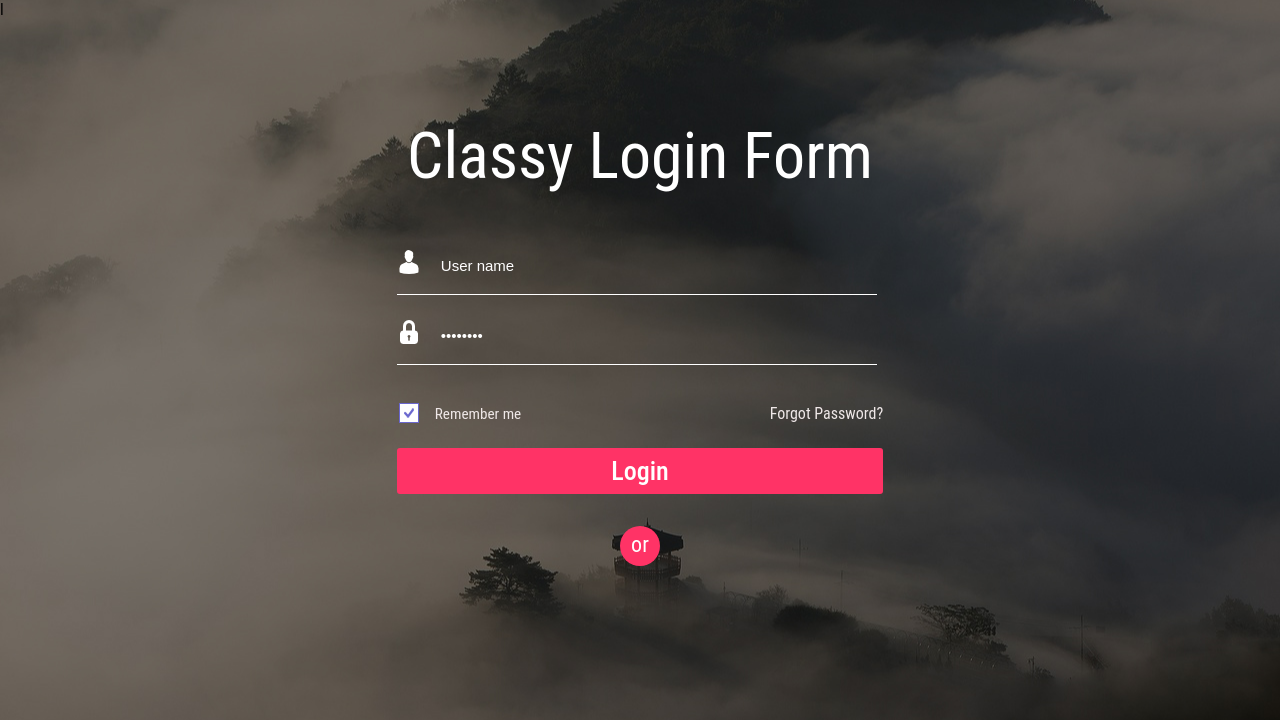
Repository: hosi04/BaiTapWeb
Page: http://localhost/BaiTapWeb_Login/views/login.jsp
These files come from the project's save history. The page is drawn as it stood at one moment and after the next save; the edit follows.
The browser window is 1280 px wide. The pictures show the whole page.
The page is served by Tomcat 9. Other server files are loaded and not shown.

Above is the page before, as saved 2024-09-07 13:55:11.

### BaiTapWeb_Login/src/main/webapp/views/login.jsp
<%@ page language="java" contentType="text/html; charset=UTF-8"
    pageEncoding="UTF-8"%>
<!DOCTYPE html>
<html>
<head>
<meta charset="UTF-8">
<title>Login</title>

<%
String url = request.getScheme() + "://" + request.getServerName() + ":" + request.getServerPort()
			+ request.getContextPath();
%>

<link href="<%=url %>/css/style.css" rel="stylesheet" type="text/css" media="all"/>

</head>
<body>

l<!--header start here-->
<div class="header">
		<div class="header-main">
		       <h1>Classy Login Form</h1>
			<div class="header-bottom">
				<div class="header-right w3agile">

					<div class="header-left-bottom agileinfo">

					 <form action="<%=url %>/Login" method="post">
						<input type="text"  value="User name" name="name" onfocus="this.value = '';" onblur="if (this.value == '') {this.value = 'User name';}"/>
					<input type="password"  value="Password" name="password" onfocus="this.value = '';" onblur="if (this.value == '') {this.value = 'password';}"/>
						<div class="remember">
			             <span class="checkbox1">
							   <label class="checkbox"><input type="checkbox" name="" checked=""><i> </i>Remember me</label>
						 </span>
						 <div class="forgot">
						 	<h6><a href="#">Forgot Password?</a></h6>
						 </div>
						<div class="clear"> </div>
					  </div>

						<input type="submit" value="Login">
					</form>
					<div class="header-left-top">
						<div class="sign-up"> <h2>or</h2> </div>
					</div>
					<form action="#" method="post">

					</form>

				</div>
				</div>

			</div>
		</div>
</div>
<!--header end here-->

</body>
</html>

### BaiTapWeb_Login/src/main/webapp/css/style.css
/*--
Author: W3layouts
Author URL: http://w3layouts.com
License: Creative Commons Attribution 3.0 Unported
License URL: http://creativecommons.org/licenses/by/3.0/
--*/
/* reset */
html,body,div,span,applet,object,iframe,h1,h2,h3,h4,h5,h6,p,blockquote,pre,a,abbr,acronym,address,big,cite,code,del,dfn,em,img,ins,kbd,q,s,samp,small,strike,strong,sub,sup,tt,var,b,u,i,dl,dt,dd,ol,nav ul,nav li,fieldset,form,label,legend,table,caption,tbody,tfoot,thead,tr,th,td,article,aside,canvas,details,embed,figure,figcaption,footer,header,hgroup,menu,nav,output,ruby,section,summary,time,mark,audio,video{margin:0;padding:0;border:0;font-size:100%;font:inherit;vertical-align:baseline;}
article, aside, details, figcaption, figure,footer, header, hgroup, menu, nav, section {display: block;}
ol,ul{list-style:none;margin:0px;padding:0px;}
blockquote,q{quotes:none;}
blockquote:before,blockquote:after,q:before,q:after{content:'';content:none;}
table{border-collapse:collapse;border-spacing:0;}
/* start editing from here */
a{text-decoration:none;}
.txt-rt{text-align:right;}/* text align right */
.txt-lt{text-align:left;}/* text align left */
.txt-center{text-align:center;}/* text align center */
.float-rt{float:right;}/* float right */
.float-lt{float:left;}/* float left */
.clear{clear:both;}/* clear float */
.pos-relative{position:relative;}/* Position Relative */
.pos-absolute{position:absolute;}/* Position Absolute */
.vertical-base{	vertical-align:baseline;}/* vertical align baseline */
.vertical-top{	vertical-align:top;}/* vertical align top */
nav.vertical ul li{	display:block;}/* vertical menu */
nav.horizontal ul li{	display: inline-block;}/* horizontal menu */
img{max-width:100%;}
/*end reset*/
body{
background: url(../images/banner1.jpg)no-repeat;
background-attachment: fixed;
    background-position: center;
    background-size: cover;
    -webkit-background-size: cover;
    -moz-background-size: cover;
    -o-background-size: cover;
padding:0;
margin:0;
font-family: 'Roboto Condensed', sans-serif;
 font-size: 100%;
}
h1,h2,h3,h4,h5,h6{
	margin:0;
}
p{
	margin:0;
}
ul{
	margin:0;
	padding:0;
}
label{
	margin:0;
}
a{
	transition: 0.5s all;
  -webkit-transition: 0.5s all;
  -moz-transition: 0.5s all;
  -o-transition: 0.5s all;
}
a:hover{
	transition: 0.5s all;
  -webkit-transition: 0.5s all;
  -moz-transition: 0.5s all;
  -o-transition: 0.5s all;
}
/*--header start here--*/
.header-main {
  padding: 100px 0px 50px;
    width: 30%;
    margin: 0 auto;
}
.header-main h1 {
    font-size: 64px;
    color: #FFFFFF;
    text-align: center;
    padding-bottom: 0.8em;
}
.sign-up {
    margin: 2em 0;
}
span.hed-white {
  color: #fff;
}
.style1 {
  text-align: right;
  padding: 60px 0px 40px 0px;
}
.header-left {
  background: #fff;
  padding: 0px;
}
.sign-up h2 {
    font-size: 22px;
    color: #fff;
    font-family: 'Roboto Condensed', sans-serif;
    text-align: center;
    background:#ff3366;
    width: 40px;
    height: 40px;
    line-height: 1.7em;
    border-radius: 50%;
    margin: 0 auto;
}
.header-left-bottom {

}
.header-left-bottom h3 {
  font-size: 16px;
  font-weight: 400;
  color:#A59DA1;
  line-height: 1.5em;
  margin: 0px 0px 25px 0px;
  font-family: 'Roboto Condensed', sans-serif;
}
span.login-color {
  color:#FFB900;
  font-weight: 700;
}
.header-left-bottom input[type="text"] {
    background: url(../images/m.png)no-repeat 0px 5px;
    outline: none;
    font-size: 15px;
    font-weight: 400;
    color: #fff;
    padding: 12px 13px 20px 44px;
	border:none;
    border-bottom:1px solid #fff;
    width: 87%;
    margin: 0 0 20px;
    display: inline-block;
}
.header-left-bottom input[type="password"]{
   background: url(../images/l.png)no-repeat 0px 5px;
  outline: none;
  font-size: 15px;
  font-weight: 400;
  color: #fff;
  border:none;
  border-bottom:1px solid #fff;
  padding: 12px 13px 20px 44px;
 width: 87%;
   margin: 0 0 20px;
  display: inline-block;
}
.header-left-bottom input[type="submit"] {
    background: #ff3366;
    color: #FFF;
    font-size: 26px;
    padding: 0.3em 1.2em;
    width: 100%;
    font-weight: 500;
    transition: 0.5s all;
    -webkit-transition: 0.5s all;
    -moz-transition: 0.5s all;
    -o-transition: 0.5s all;
    display: inline-block;
    cursor: pointer;
    outline: none;
    border: none;
    border-radius: 3px;
    font-family: 'Roboto Condensed', sans-serif;
}
.header-left-bottom input[type="submit"]:hover {
    background: #b5183f;
    transition: 0.5s all;
    -webkit-transition: 0.5s all;
    -moz-transition: 0.5s all;
    -o-transition: 0.5s all;
}
.remember {
    margin: 1em 0em;
}
.header-social {
    text-align: center;
}
h5 {
    border-left: 1px dotted #c3c3c3;
    padding: 0.5em;
}
.header-social a.face{
  background:url(../images/fac.png)no-repeat 12px 9px #3B62A3;
  color: #FFF;
  font-size: 16px;
  font-weight: 400;
  padding: 0 2em;
  width: 34%;
  text-align: left;
  margin-right: 4%;
  transition: 0.5s all;
  -webkit-transition: 0.5s all;
  -moz-transition: 0.5s all;
  -o-transition: 0.5s all;
  display: inline-block;
  border-radius:3px;
  font-family: 'Roboto Condensed', sans-serif;
}
.header-social a.face:hover{
	 background:url(../images/fac.png)no-repeat 12px 9px #0E387C;
	 transition: 0.5s all;
  -webkit-transition: 0.5s all;
  -moz-transition: 0.5s all;
  -o-transition: 0.5s all;
}
/*-- agileits --*/
.header-social a.twitt {
  background:url(../images/twitter.png)no-repeat 12px 9px #19B0E7;
  color: #FFF;
  font-size: 16px;
  font-weight: 400;
  padding: 0 2.5em;
  width: 30%;
  text-align: left;
  transition: 0.5s all;
  -webkit-transition: 0.5s all;
  -moz-transition: 0.5s all;
  -o-transition: 0.5s all;
  display: inline-block;
  cursor: pointer;
  outline: none;
	border-radius:3px;
  font-family: 'Roboto Condensed', sans-serif;
}
.header-social a.twitt:hover {
  background: url(../images/twitter.png)no-repeat 12px 9px #0192C7;
   transition: 0.5s all;
  -webkit-transition: 0.5s all;
  -moz-transition: 0.5s all;
  -o-transition: 0.5s all;
}
.header-social h4 {
  font-size: 17px;
  color: #6A67CE;
  text-align: center;
  margin: 20px 0px;
  font-family: 'Roboto Condensed', sans-serif;
}
.header-social h4 a{
	color:#6A67CE;
}
.header-social h4 a:hover{
	color:#FFB900;
}
.header-left-bottom.checkbox {
  position: relative;
  display: block;
  float: left;
}
.header-left-bottom p {
  font-size: 20px;
  /*-- w3layouts --*/
  font-weight: 400;
  color: #000;
  display: inline-block;
  padding: 0px 0px 0px 68px;
}
.header-left-bottom p a{
  font-size: 20px;
  font-weight: 400;
  color: #000;
}
.header-left-bottom p a:hover{
	color:#777;
	text-decoration:none;
}
label.checkbox {
  display: inline-block;
}
span.sin-color {
  color:#FFB900;
  font-size: 16px;
  font-weight: 700;
}
.checkbox i {
  font-size: 20px;
  font-weight: 400;
  color: #999;
  font-style: normal;
}
.header-bottom-strip {
  margin: 60px 0px 0px 0px;
   padding: 40px 20px 30px 40px;
  background: #fff;
   margin:70px 0px 0px 0px;
   position:relative;
}
.header-bottom-strip input[type="text"] {
	outline: none;
	font-size: 17px;
	font-weight: 400;
	color: #000;
	padding: 20px 60px;
	border: 1px solid #39A1E5;
	margin: 0px 0px 15px 0px;
	width: 30%;
	-webkit-appearance: none;
	background:#eeeeee;
}
.strip-left input.user {
/*-- agileits --*/
 background:url(../images/user.png)no-repeat 10px 9px #FBFBFB;
  display: block;
}

.strip-left input[type="password"]{
	outline: none;
	font-size: 17px;
	font-weight: 400;
	color: #000;
	padding:10px 10px 10px 40px;
	border: 1px solid #A59DA1;
	margin: 0px 0px 15px 0px;
	width: 78%;
	-webkit-appearance: none;
	background:#eeeeee;
}
.strip-left input.lock {
   background: url(../images/lock.png)no-repeat 10px 10px #FBFBFB;
  display: block;
}
.strip-left {
  float: left;
  width: 31%;
}
.strip-left.middle {
  margin: 0px 20px;
}
.strip-left input[type="text"] {
  outline: none;
  font-size: 15px;
  color: #000;
  padding:10px 10px 10px 40px;
  border: 1px solid #A59DA1;
  width: 78%;
  -webkit-appearance: none;
  font-family: 'Roboto Condensed', sans-serif;
}
.strip-left input[type="submit"] {
  color: #FFF;
  font-size: 18px;
  padding: 0.4em 1.2em;
  width:100%;
  background:#ffb900;
  border-bottom:4px solid #C5920A;
  transition: 0.5s all;
  -webkit-transition: 0.5s all;
  -moz-transition: 0.5s all;
  -o-transition: 0.5s all;
  display: inline-block;
  cursor: pointer;
  outline: none;
  border-right: none;
  border-left: none;
  border-top: none;
  font-family: 'Roboto Condensed', sans-serif;
}
/*-- w3layouts --*/
.strip-left input[type="submit"]:hover {
  background:#6A67CE;
    border-bottom:4px solid #5350CA;
  transition: 0.5s all;
  -webkit-transition: 0.5s all;
  -moz-transition: 0.5s all;
  -o-transition: 0.5s all;
}
.strip-left h4 {
  font-size: 20px;
  font-weight: 600;
  color: #19B0E7;
  margin: 25px 0px 0px 25px;
  display:inline-block;
}
.strip-left ul.botm-strip-icon {
  padding: 0px 0px 0px 50px;
  list-style: none;
  display: inline-block;
  vertical-align: middle;
      float: right;
}
.strip-left ul.botm-strip-icon li {
  display: inline-block;
}
.strip-left ul.botm-strip-icon li a {
  background: url(../images/sprite.png)no-repeat;
  width: 20px;
  height: 25px;
  display: block;
}
.strip-left ul.botm-strip-icon li a.f {
  background-position: 0px 0px;
   transition: 0.5s all;
  -webkit-transition: 0.5s all;
  -moz-transition: 0.5s all;
  -o-transition: 0.5s all;
}
.strip-left ul.botm-strip-icon li a.tw {
  background-position: -21px 2px;
   transition: 0.5s all;
  -webkit-transition: 0.5s all;
  -moz-transition: 0.5s all;
  -o-transition: 0.5s all;
}
.strip-left ul.botm-strip-icon li a.f:hover{
  background-position: 0px -25px;
  transition: 0.5s all;
  -webkit-transition: 0.5s all;
  -moz-transition: 0.5s all;
  -o-transition: 0.5s all;
}
.strip-left ul.botm-strip-icon li a.tw:hover {
  background-position: -21px -25px;
  transition: 0.5s all;
  -webkit-transition: 0.5s all;
  -moz-transition: 0.5s all;
  -o-transition: 0.5s all;
}
.strip-left p {
  font-size: 20px;
  font-weight: 400;
  color: #999;
}
.strip-left p a{
  font-size: 16px;
  font-weight: 400;
  color: #999;
}
.strip-left p a:hover{
  color:#6a67ce;
  text-decoration:none;
  transition: 0.5s all;
  -webkit-transition: 0.5s all;
  -moz-transition: 0.5s all;
  -o-transition: 0.5s all;
}
.tool-tip-main:after {
 content: '';
  position: absolute;
  width: 0;
  height: 0;
  bottom: -20px;
  border-right: 20px solid rgba(0, 0, 0, 0);
  border-bottom: 20px solid #fff;
  border-left: 20px solid rgba(0, 0, 0, 0);
  top: -9%;
  right: 6%;
}
.strip-login {
  background:#6a67ce;
  width: 25%;
  position: absolute;
  top: -41%;
  left: 73.5%;
  padding: 0.8em 0em 0.8em 0.8em;
}
.strip-sign-up h3 {
  font-size: 21px;
  color: #fff;
  margin: 0px;
  font-family: 'Roboto Condensed', sans-serif;
}
.login-close {
    position: absolute;
    right: 10px;
    top: 16px;
    cursor: pointer;
}
.strip-sign-up {
  float: left;
}
.forgot {
    float: right;
}
.forgot h6 {
    font-size: 1em;
    margin-top: 0.2em;
}
.forgot h6 a{
    color:#efe8e8;
}
.forgot h6 a:hover{
    color:#ff3366;
}
.log-user h6 {
    font-size: 1em;
    float: left;
    color:#999;
}
.log-user {
    padding-top: 0.8em;
}
/*--cheek box--*/
.remember-top{
 float:left;
}
.checkbox {
	margin-bottom: 4px;
	font-size: 1.2em;
	line-height: 27px;
	cursor: pointer;
}
.checkbox {
  position: relative;
  font-size: 0.95em;
  font-weight: normal;
  color:#efe8e8;
  padding: 0em 0.5em 0em 2.5em;
}
.checkbox i {
    position: absolute;
    bottom:5px;
    left: 2px;
    display: block;
    width: 18px;
    height: 18px;
    outline: none;
    background: #fff;
    border: 1px solid #6A67CE;
}
.checkbox input + i:after {
	content: '';
	background: url("../images/tick.png") no-repeat 5px 5px;
	top: -1px;
	left: -1px;
	width: 15px;
	height: 15px;
	font: normal 12px/16px FontAwesome;
	text-align: center;
}
.checkbox input + i:after {
	position: absolute;
	opacity: 0;
	transition: opacity 0.1s;
	-o-transition: opacity 0.1s;
	-ms-transition: opacity 0.1s;
	-moz-transition: opacity 0.1s;
	-webkit-transition: opacity 0.1s;
}
.checkbox input {
	position: absolute;
	left: -9999px;
}
.checkbox input:checked + i:after {
	opacity: 1;
}
/*---*/
.clear{
	clear:both;
}

/*--header end here--*/
/*--copyright start here--*/

.copyright {
  padding: 30px 0px;
  text-align: center;
}
.copyright p {
  font-size: 16px;
  font-weight: 400;
  color: #fff;
}
.copyright p a{
  font-size: 16px;
  font-weight: 400;
  color: #fff;
}
.copyright p a:hover{
	color:#ff3366;
	text-decoration:none;
}
/*--footer end here--*/
/*--meadia quries start here--*/

@media(max-width:1440px){
.header-main {
    width: 33%;
}
}
@media(max-width:1366px){
.header-main {
    width: 35%;
}
}
@media(max-width:1280px){
.header-main {
    width: 38%;
}
}
@media(max-width:1024px){
.header-main {
    width: 46%;
}
.header-main h1 {
    font-size: 63px;
}
}
@media(max-width:991px){
.header-main {
    width: 48%;
}
}
@media(max-width:800px){
.header-main {
    width: 60%;
}
}
@media(max-width:768px){
.header-main {
    width: 61%;
}
span.sin-color {
    font-size: 14px;
}
}
@media(max-width:736px){
.header-main {
    width: 65%;
}
}
@media(max-width:667px){
.header-main h1 {
    font-size: 60px;
}
.header-main {
    width: 67%;
}
.strip-left.middle {
    margin: 0px 16px;
}
.header-social a.face {
    margin-right: 2%;
}
.sign-up {
    margin: 1.5em 0;
}
}
@media(max-width:640px){
.header-main h1 {
    padding-bottom: 1.1em;
}
.header-main {
    width: 70%;
}
}
@media(max-width:600px){
.header-social a.twitt {
    width: 28%;
}
.header-social a.face {
    margin-right: 2%;
	width:33%;
}
.header-main h1 {
    font-size: 56px;
}
}
@media(max-width:568px){
.header-main {
    width: 80%;
}
}
@media(max-width:480px){
.header-main {
    padding: 60px 0px 30px;
}
.header-main h1 {
    font-size: 45px;
}
.header-left-bottom input[type="text"] {
    width: 83%;
}
.header-left-bottom input[type="password"] {
    width: 83%;
}
.header-main {
    width: 73%;
}
.header-social a.twitt {
    width: 24%;
}
.header-social a.face {
    width: 30%;
}
.header-left-bottom input[type="submit"] {
    font-size: 22px;
}
}
@media(max-width:414px){
.header-left-bottom input[type="text"] {
    width: 80%;
}
.header-left-bottom input[type="password"] {
    width: 80%;
}
.header-main {
    width: 75%;
}
.header-social a.twitt {
    width: 21%;
}
.header-social a.face {
    width: 27%;
}
.sign-up {
    margin: 1em 0;
}
.header-left-bottom input[type="submit"] {
    font-size: 20px;
}
.sign-up h2 {
    font-size: 18px;
    width: 36px;
    height: 36px;
    line-height: 1.9em;
}
.header-main {
    padding: 60px 0px 12px;
}
.copyright p a {
    line-height: 1.8em;
}
.header-main h1 {
    font-size: 42px;
}
}
@media(max-width:384px){
.header-main h1 {
    font-size: 38px;
}
.header-social a.face {
    width: 25%;
}
.header-social a.twitt {
    width: 19%;
}
}
@media(max-width:375px){
.header-main {
    width: 78%;
}
.copyright {
    padding: 19px 13px;
    text-align: center;
}
}
@media(max-width:320px){
.header-main {
    width: 85%;
}
.header-main {
    padding: 25px 0px 15px 0px;
}
.header-left-bottom input[type="text"] {
    padding: 12px 13px 15px 44px;
    width: 77%;
}
.header-left-bottom input[type="password"] {
    padding: 12px 13px 15px 44px;
    width: 77%;
}
.header-main h1 {
    font-size: 36px;
}
.header-social a.face {
    width: 23%;
}
.header-social a.twitt {
    width: 17%;
}
.header-left-bottom input[type="submit"] {
    font-size: 19px;
}
.checkbox {
    font-size: 0.8em;
}
.forgot h6 {
    font-size: 0.9em;
}
.header-left-bottom h3 {
    font-size: 12px;
}
.copyright p {
    font-size: 15px;
}
.header-main h1 {
    padding-bottom: 1em;
}
.remember {
    margin: 0.5em 0em;
}
.copyright {
    padding: 10px 6px 0;
}
.header-left-bottom input[type="password"] {
    margin: 0 0 17px;
}
.header-left-bottom input[type="text"] {
    margin: 0 0 17px;
}
.header-social a.face {
    margin-right: 4%;
}
}
/*--meadia quries end here--*/

After the next save:
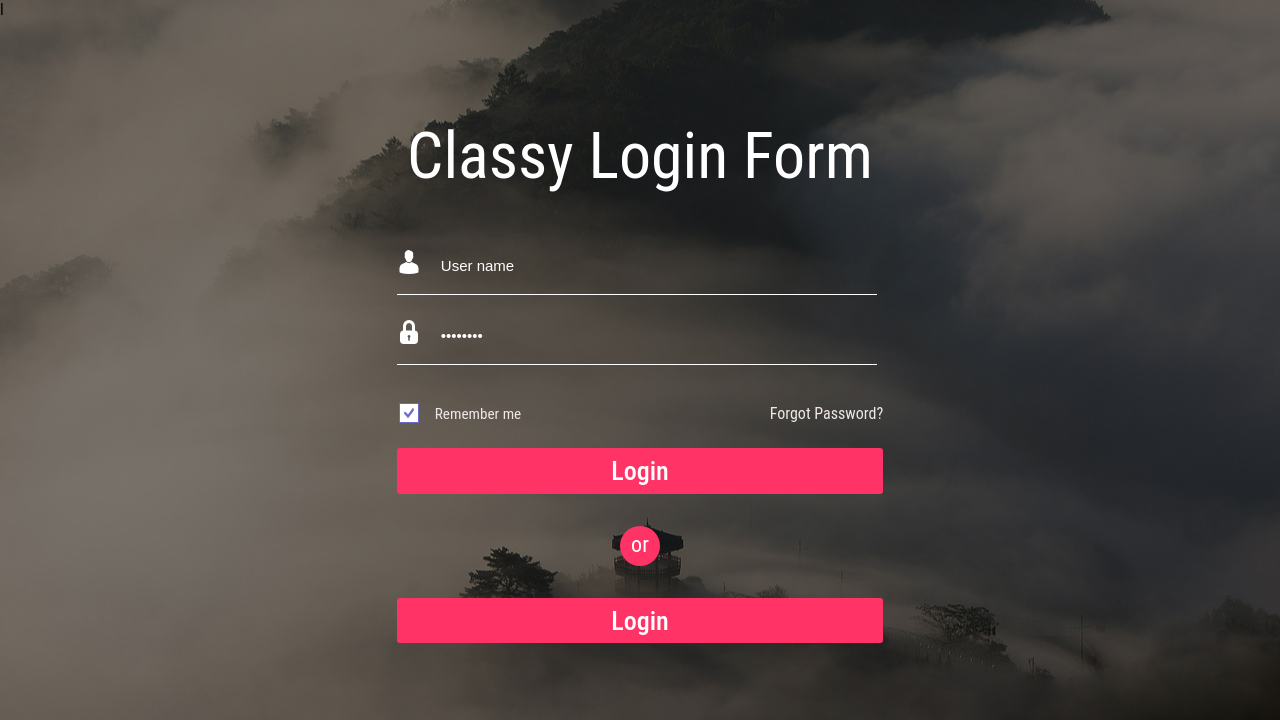
Saved 38 s later.
--- a/BaiTapWeb_Login/src/main/webapp/views/login.jsp
+++ b/BaiTapWeb_Login/src/main/webapp/views/login.jsp
@@ -44,7 +44,7 @@ l<!--header start here-->
 						<div class="sign-up"> <h2>or</h2> </div>
 					</div>
 					<form action="#" method="post">
-
+						<input type="submit" value="Login">
 					</form>
 
 				</div>
